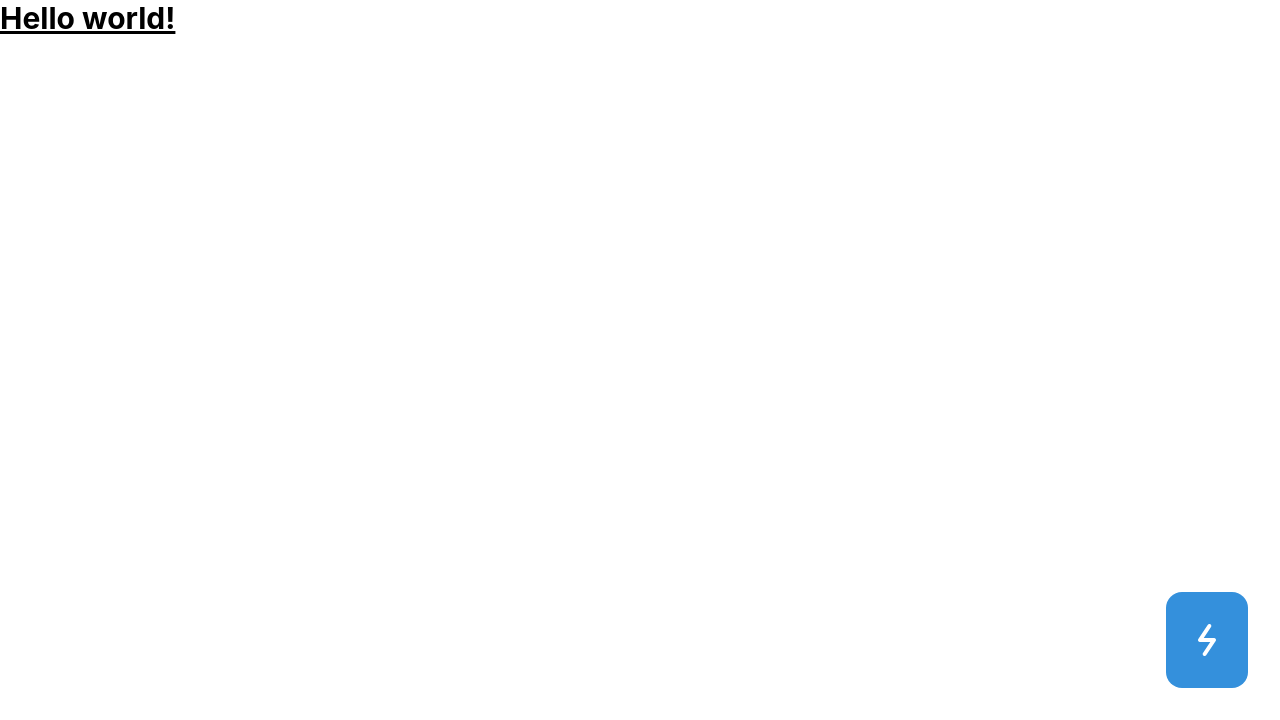
Repository: farrelmuhammad/quick-chat-task
Page: /
An editor plug-in stored every save of this project. The page is shown before and after the next save, followed by the edit.
The browser window is 1280 px wide. The pictures show the whole page.
The project was rebuilt for these pictures with package versions that can differ from the ones it lists, and the page was loaded fresh each time.

Above is the page before, as saved 2023-09-17 17:01:06.

After the next save:
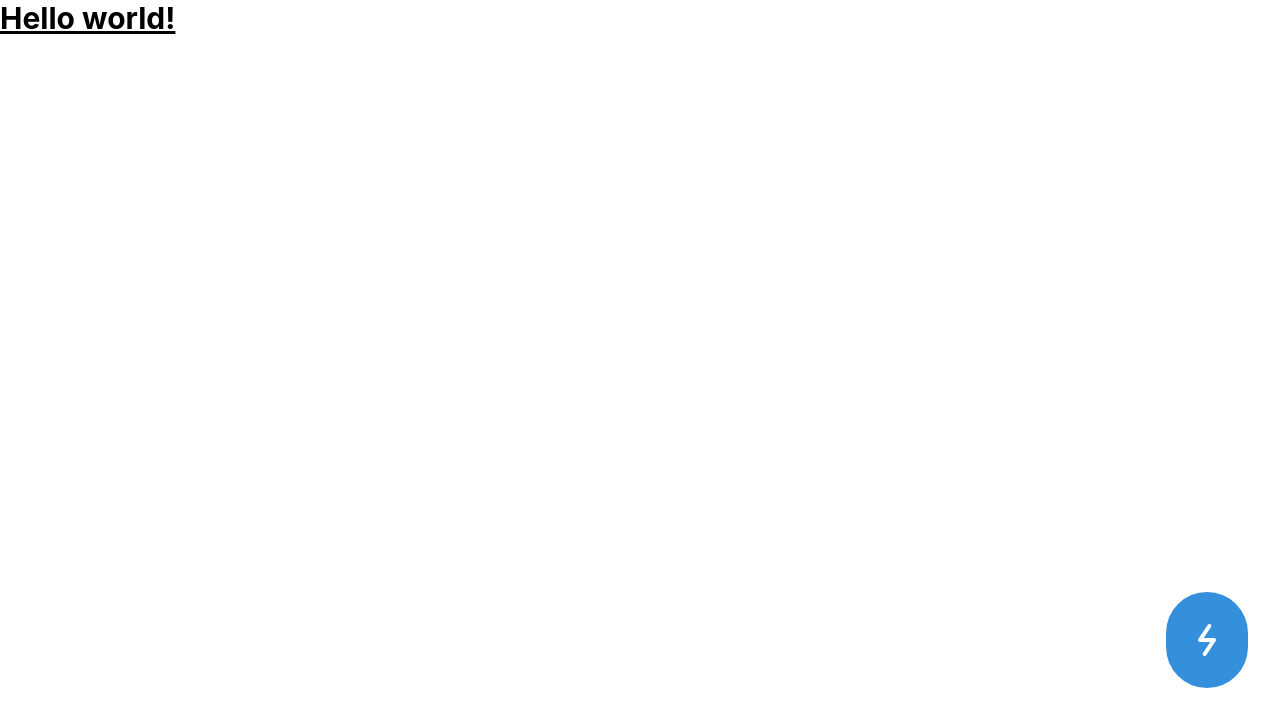
Saved 4 s later.
--- a/src/App.css
+++ b/src/App.css
@@ -44,7 +44,7 @@
   background-color: #3490dc;
   color: #ffffff;
   padding: 2rem 2rem;
-  border-radius: 1rem;
+  border-radius: 10rem;
   cursor: pointer;
   transition: background-color 0.3s ease;
 }
